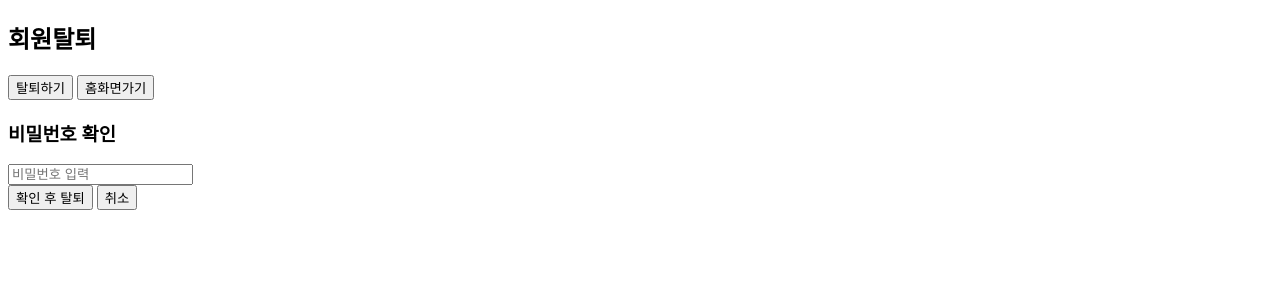
Repository: Yundanbi/Kyobo
Page: http://localhost/kyobo/member/deactvation.jsp
The author's editor kept a copy of each file at every save. The page is drawn from the files as they stood at one save, then again after the next save.
The browser window is 1280 px wide. The pictures show the whole page.
The page is served by Tomcat 9.

Above is the page before, as saved 2025-06-18 01:36:46.

After the next save:
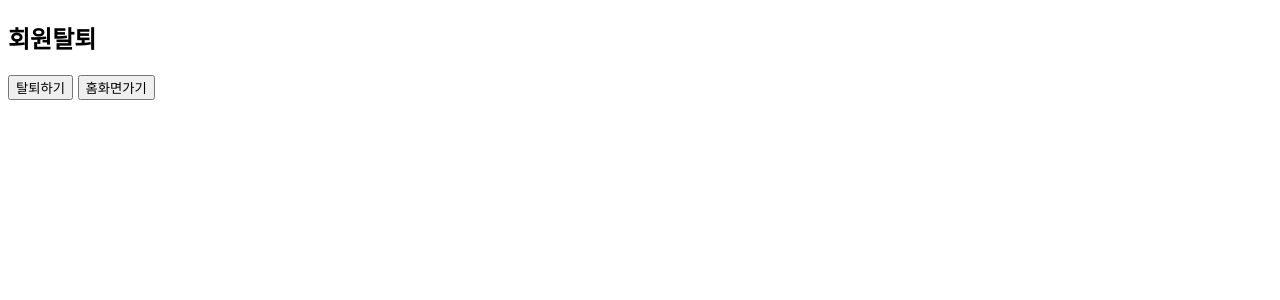
Saved 21 s later.
--- a/kyobo/src/main/webapp/member/deactvation.jsp
+++ b/kyobo/src/main/webapp/member/deactvation.jsp
@@ -7,6 +7,58 @@
 <meta charset="UTF-8">
 <title>회원탈퇴</title>
 <style>
+  body {
+    font-family: sans-serif;
+  }
+
+  .error {
+    color: red;
+    font-weight: bold;
+    margin-bottom: 10px;
+  }
+
+  /* 모달 배경 */
+  .modal-overlay {
+    display: none;
+    position: fixed;
+    top: 0;
+    left: 0;
+    width: 100%;
+    height: 100%;
+    background: rgba(0,0,0,0.5);
+    z-index: 999;
+  }
+
+  /* 모달 창 */
+  .modal {
+    position: fixed;
+    top: 50%;
+    left: 50%;
+    transform: translate(-50%, -50%);
+    background: white;
+    padding: 30px;
+    border-radius: 10px;
+    box-shadow: 0 2px 10px rgba(0,0,0,0.3);
+    z-index: 1000;
+    width: 300px;
+    display: none;
+  }
+
+  .modal h3 {
+    margin-bottom: 15px;
+    color: #5055b1;
+  }
+
+  .modal input[type="password"] {
+    width: 100%;
+    padding: 8px;
+    margin-bottom: 15px;
+  }
+
+  .modal-buttons {
+    display: flex;
+    justify-content: space-between;
+  }
 </style>
 </head>
 <body>
